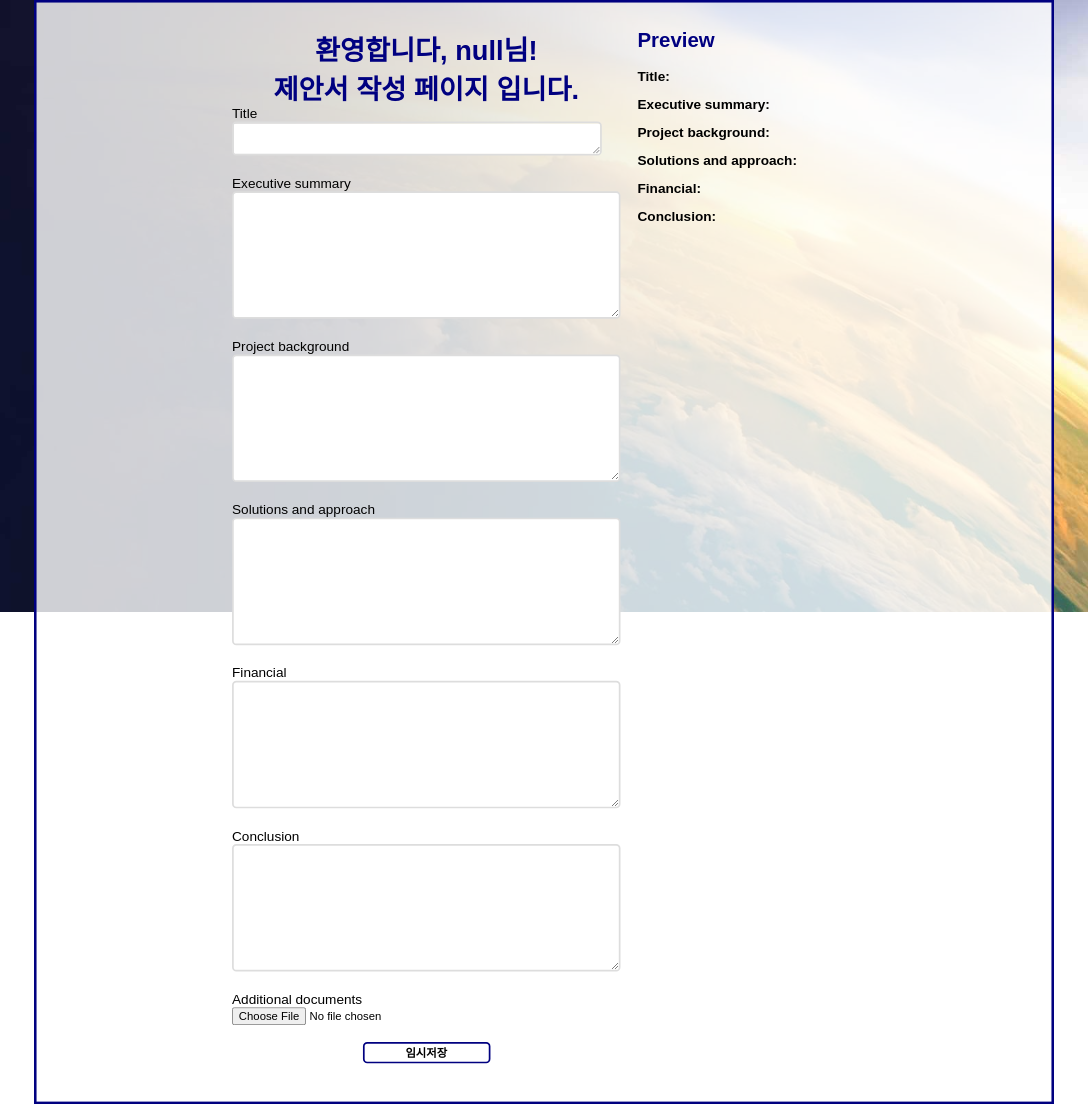
Repository: leeboseok/proposal-board
Page: http://localhost/ProposalSys/create.jsp
The author's editor kept a copy of each file at every save. The page is drawn from the files as they stood at one save, then again after the next save.
The browser window is 1280 px wide. The pictures show the whole page, at 85% of full size.
The page is served by Tomcat 9.

Above is the page before, as saved 2024-07-31 12:11:41.

After the next save:
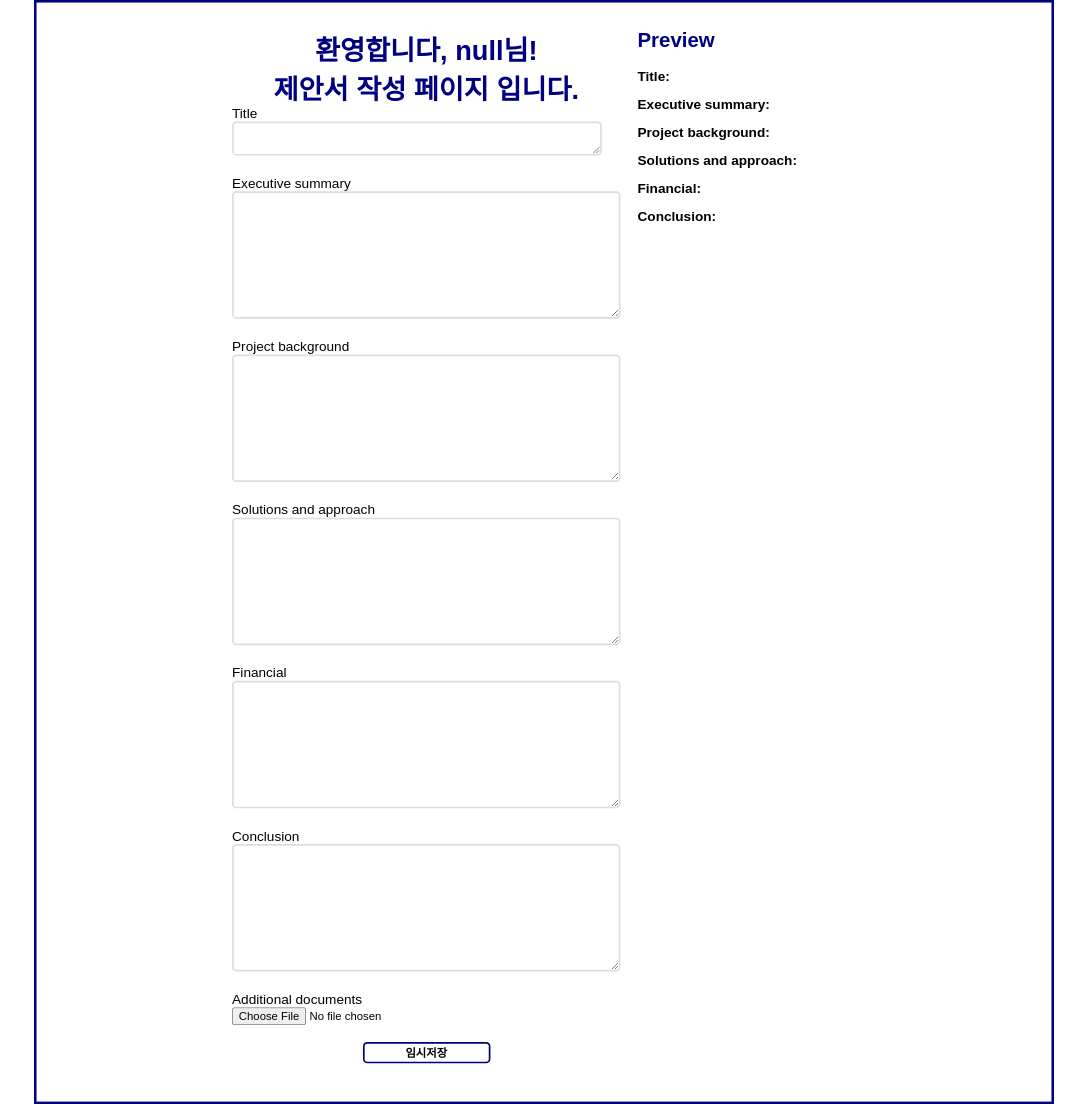
Saved 79 min 44 s later.
--- a/ProposalSys/src/main/webapp/create.jsp
+++ b/ProposalSys/src/main/webapp/create.jsp
@@ -12,7 +12,6 @@
 		}
 
 		html {
-		    background-image: url('./images/hero-earth.jpg');
 		    background-size: cover;
 		    background-position: center;
 		    background-repeat: no-repeat;
